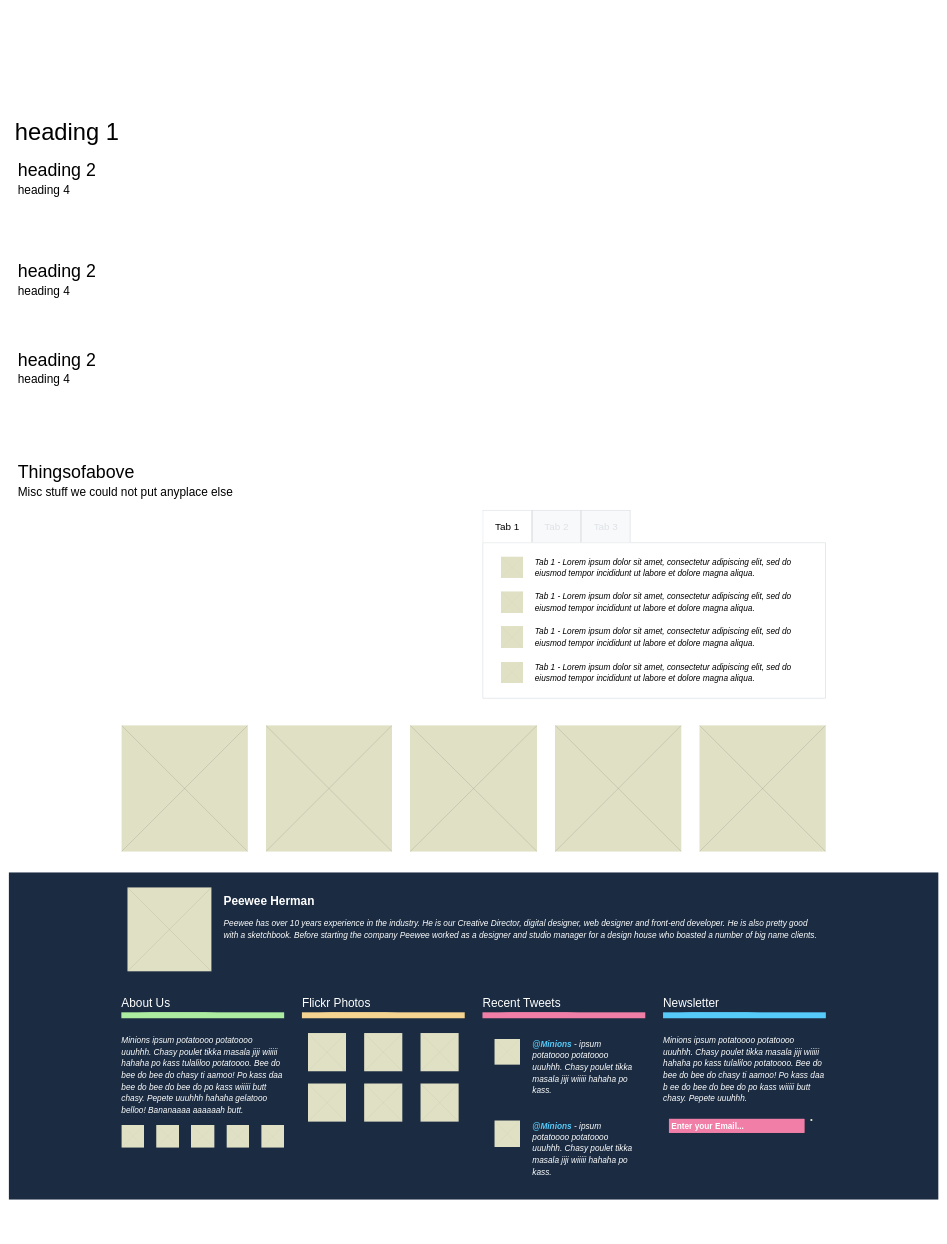
Repository: MonicaNguyenH/LAB-02A-Project1
Page: index.html
An editor plug-in stored every save of this project. The page is shown before and after the next save, followed by the edit.
The browser window is 1280 px wide. The pictures show the whole page, at 74% of full size.

Above is the page before, as saved 2024-02-08 18:06:11.

After the next save:
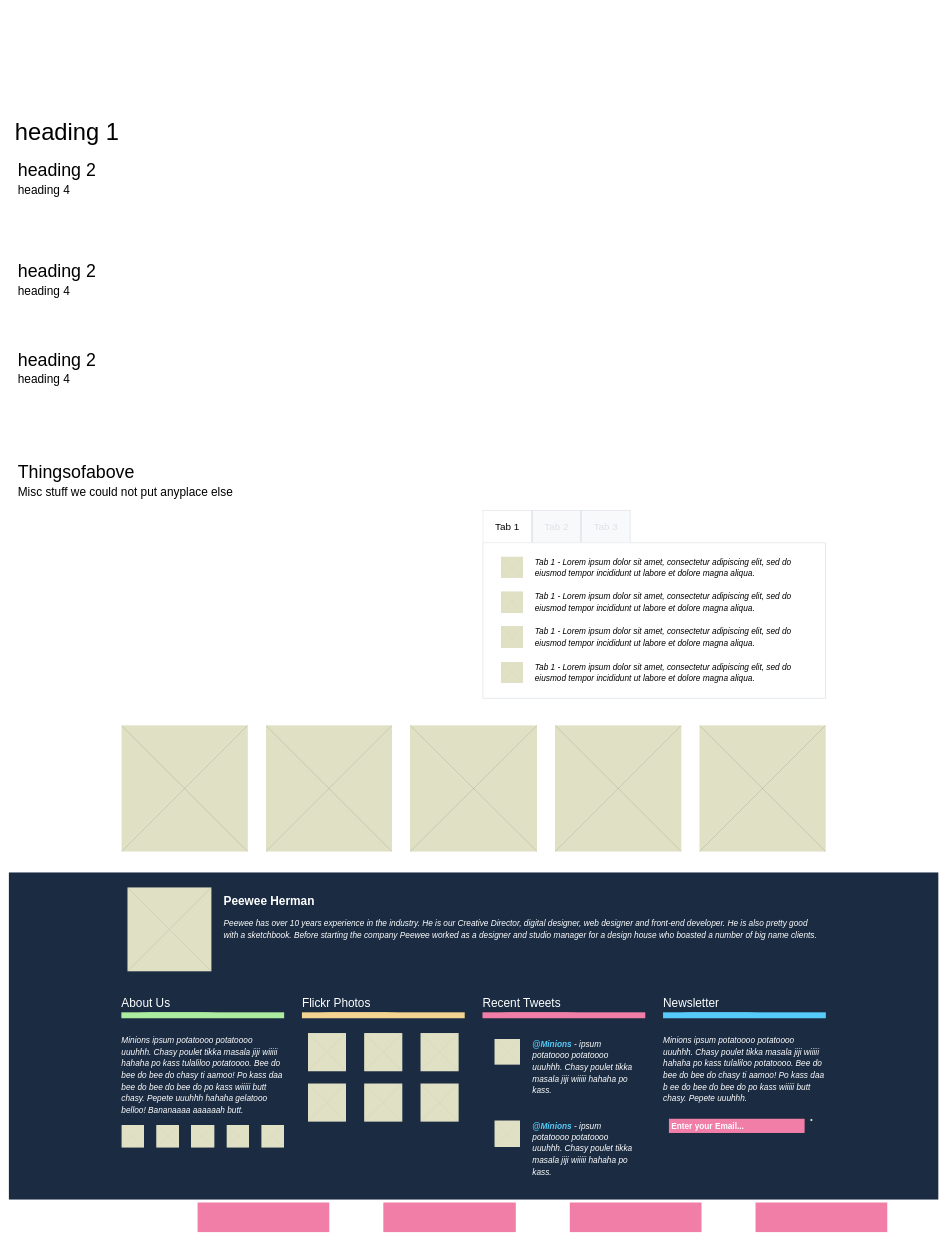
Saved 12 s later.
--- a/css/style.css
+++ b/css/style.css
@@ -326,7 +326,7 @@
  {
     height: 2rem;
     width: 70%;
-    color: var(--pink);
+    background-color: var(--pink);
 }
 
 
